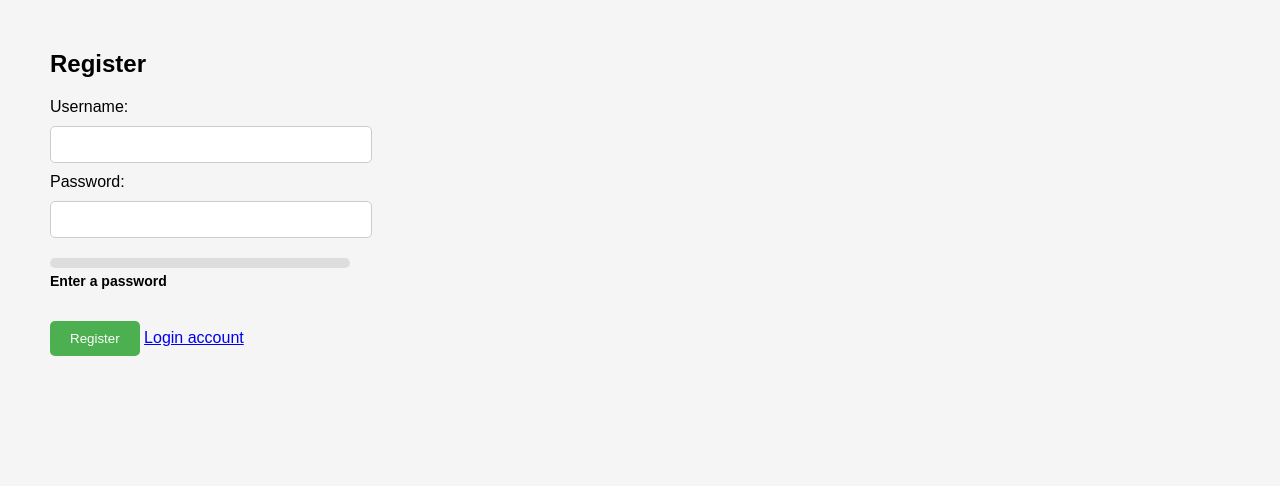
Repository: wolvicjohn/argon2
Page: http://localhost/register.php
An editor plug-in stored every save of this project. The page is shown before and after the next save, followed by the edit.
The browser window is 1280 px wide. The pictures show the whole page.
The page is run by PHP 8.4 with error messages shown; the project is at /var/www/html/.

Above is the page before, as saved 2024-10-18 02:14:23.

### register.php
<?php
// Include the database connection
require 'db.php';

if ($_SERVER['REQUEST_METHOD'] === 'POST') {
    $username = $_POST['username'];
    $password = $_POST['password'];

    // Check if username exists
    $stmt = $pdo->prepare('SELECT id FROM users WHERE username = ?');
    $stmt->execute([$username]);
    if ($stmt->fetch()) {
        die('Username already taken');
    }

    // Hash password with Argon2
    $passwordHash = password_hash($password, PASSWORD_ARGON2ID);

    // Insert user into database
    $stmt = $pdo->prepare('INSERT INTO users (username, password_hash) VALUES (?, ?)');
    $stmt->execute([$username, $passwordHash]);

    echo "User registered successfully!";
}
?>
<!DOCTYPE html>
<html lang="en">

<head>
    <meta charset="UTF-8">
    <title>Register</title>
    <link rel="stylesheet" href="styles.css"> <!-- Link to external CSS -->
</head>

<body>
    <h2>Register</h2>
    <form action="register.php" method="POST">
        <label for="username">Username:</label><br>
        <input type="text" name="username" id="username" required><br>

        <label for="password">Password:</label><br>
        <input type="password" name="password" id="password" required><br>

        <div class="password-strength">
            <div class="strength-bar" id="strength-bar"></div>
        </div>
        <p class="message" id="strength-text">Enter a password</p><br>

        <button type="submit">Register</button>
        <a href="login.php">Login account</a>
    </form>

    <script src="script.js"></script> <!-- Link to external JS -->
</body>

</html>

### db.php
<?php
// db.php
$host = 'localhost';
$db = 'argon2_auth';
$user = 'root'; // Your database username
$pass = '';     // Your database password

$dsn = "mysql:host=$host;dbname=$db;charset=utf8mb4";
$options = [
    PDO::ATTR_ERRMODE => PDO::ERRMODE_EXCEPTION,
    PDO::ATTR_DEFAULT_FETCH_MODE => PDO::FETCH_ASSOC,
];

try {
    $pdo = new PDO($dsn, $user, $pass, $options);
} catch (PDOException $e) {
    die("Database connection failed: " . $e->getMessage());
}
?>

### styles.css
/* styles.css */
body {
    font-family: Arial, sans-serif;
    margin: 50px;
    background-color: #f5f5f5;
}

input {
    margin: 10px 0;
    padding: 10px;
    width: 300px;
    border: 1px solid #ccc;
    border-radius: 5px;
}

button {
    padding: 10px 20px;
    cursor: pointer;
    background-color: #4CAF50;
    color: white;
    border: none;
    border-radius: 5px;
}

.password-strength {
    margin-top: 10px;
    height: 10px;
    width: 300px;
    background-color: #ddd;
    border-radius: 5px;
    overflow: hidden;
}

.strength-bar {
    height: 100%;
    width: 0%;
    transition: width 0.3s ease-in-out;
}

.strength-weak {
    background-color: red;
}

.strength-medium {
    background-color: orange;
}

.strength-strong {
    background-color: green;
}

.message {
    margin-top: 5px;
    font-size: 14px;
    font-weight: bold;
}

### script.js
// script.js
const passwordInput = document.getElementById('password');
const strengthBar = document.getElementById('strength-bar');
const strengthText = document.getElementById('strength-text');

passwordInput.addEventListener('input', () => {
    const password = passwordInput.value;
    const strength = calculateStrength(password);
    updateStrengthMeter(strength);
});

function calculateStrength(password) {
    let strength = 0;

    if (password.length >= 8) strength++;
    if (/[A-Z]/.test(password)) strength++;
    if (/[a-z]/.test(password)) strength++;
    if (/[0-9]/.test(password)) strength++;
    if (/[^A-Za-z0-9]/.test(password)) strength++;

    return strength;
}

function updateStrengthMeter(strength) {
    // Reset the strength bar
    strengthBar.className = 'strength-bar';
    strengthBar.style.width = `${strength * 20}%`;  // Dynamically set the width

    // Set the color and text based on strength
    if (strength <= 1) {
        strengthBar.classList.add('strength-weak');
        strengthText.textContent = 'Weak';
        strengthText.style.color = 'red';
    } else if (strength <= 3) {
        strengthBar.classList.add('strength-medium');
        strengthText.textContent = 'Medium';
        strengthText.style.color = 'orange';
    } else {
        strengthBar.classList.add('strength-strong');
        strengthText.textContent = 'Strong';
        strengthText.style.color = 'green';
    }
}

After the next save:
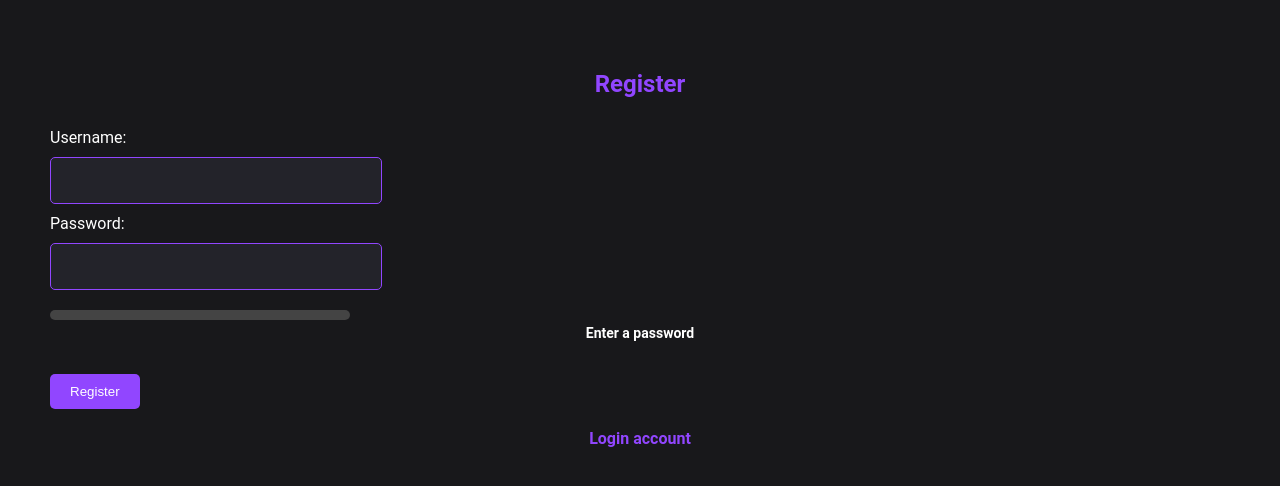
Saved 6 s later.
--- a/styles.css
+++ b/styles.css
@@ -1,32 +1,52 @@
 /* styles.css */
 body {
-    font-family: Arial, sans-serif;
-    margin: 50px;
-    background-color: #f5f5f5;
+    font-family: 'Roboto', sans-serif; /* Use a modern sans-serif font */
+    margin: 0;
+    padding: 50px;
+    background-color: #18181b; /* Dark background */
+    color: #ffffff; /* White text color */
+}
+
+h2 {
+    color: #9146ff; /* Twitch purple */
+    text-align: center;
+    margin-bottom: 30px;
 }
 
 input {
     margin: 10px 0;
-    padding: 10px;
+    padding: 15px;
     width: 300px;
-    border: 1px solid #ccc;
+    border: 1px solid #9146ff; /* Twitch purple border */
     border-radius: 5px;
+    background-color: #23232a; /* Dark input background */
+    color: #ffffff; /* White text color */
+}
+
+input:focus {
+    outline: none;
+    border-color: #ff477e; /* Pink border on focus */
 }
 
 button {
     padding: 10px 20px;
     cursor: pointer;
-    background-color: #4CAF50;
+    background-color: #9146ff; /* Twitch purple */
     color: white;
     border: none;
     border-radius: 5px;
+    transition: background-color 0.3s ease;
+}
+
+button:hover {
+    background-color: #7e3af2; /* Darker purple on hover */
 }
 
 .password-strength {
     margin-top: 10px;
     height: 10px;
     width: 300px;
-    background-color: #ddd;
+    background-color: #444; /* Darker background for strength meter */
     border-radius: 5px;
     overflow: hidden;
 }
@@ -46,11 +66,25 @@ button {
 }
 
 .strength-strong {
-    background-color: green;
+    background-color: #4CAF50; /* Green for strong */
 }
 
 .message {
     margin-top: 5px;
     font-size: 14px;
     font-weight: bold;
+    text-align: center; /* Centered text */
 }
+
+a {
+    display: block;
+    text-align: center;
+    margin-top: 20px;
+    color: #9146ff; /* Twitch purple */
+    text-decoration: none;
+    font-weight: bold;
+}
+
+a:hover {
+    color: #7e3af2; /* Darker purple on hover */
+}
